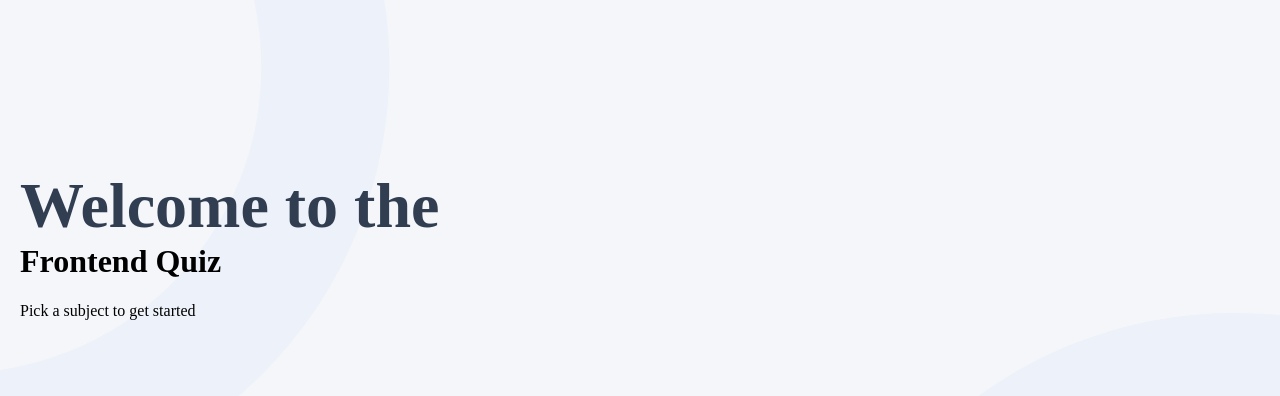
Repository: Daniel054311/Quiz-app-V1
Page: index.html
An editor plug-in stored every save of this project. The page is shown before and after a run of saves, followed by the edit.
The browser window is 1280 px wide. The pictures show the whole page.

Above is the page before, as saved 2024-01-30 23:49:09.

### index.html
<!DOCTYPE html>
<html lang="en">

<head>
    <meta charset="UTF-8">
    <meta name="viewport" content="width=device-width, initial-scale=1.0">
    <title>Quiz-App</title>
    <link rel="stylesheet" type="text/css" href="/asset/style/index.css">
</head>

<body>
    <div class="parent-container">
        <div class="left-container">
            <h1><span class="Welcome">Welcome to the </span><br><span class="Quiz">Frontend Quiz</h1></span>

            </h1>

            <p>Pick a subject to get started</p>

        </div>
        <div class="right-container">


            <div class="navigation" id="navigation"></div>
        </div>
    </div>
    <script type="module" src="./asset/script/index.js"></script>

</body>

</html>

### asset/style/index.css
body {
    margin: 0;
    display: flex;
    align-items: center;
    justify-content: center;
    height: 100vh;
  }

  .parent-container {
    display: flex;
    flex-direction:row;
    width: 100%;
    height:100%;
    background-image:url("../images/pattern-background-desktop-light.svg");
    background-size: cover;
    background-color:#f4f6fA;

  }

  .left-container {
    flex: 1;
    padding: 20px;
    text-align:left;
    margin-top: 10%;/* Add a border between left and right containers */
  }

  .right-container {
    flex: 1;
    padding: 20px;
    text-align:right;
    display:flex;
    flex-direction:column;
    margin-top: 10%;
  }

  .navigation ul {
    list-style: none;
    padding: 0;
    display: flex;
    flex-direction: column;
  }

  .navigation li {
    margin-right: 20px;
    margin-bottom: 10px;
    text-align: center;


     /* Add space between buttons */
  }

  .navigation a {
    display: block;
    padding: 10px;
    text-decoration: none;
    color: #000000;
    background-color: #ffffff;
    border: 1px solid #ffffff;
    border-radius: 5px;
    margin-right: 10px;

  }

.image-item {
    display: flex;
    align-items: center;
    margin-bottom: 10px; /* Add spacing between items */
    padding: 10px;
    background-color:#ffffff;
    border-radius: 25px;
    list-style: none;
  }

  .image {
    width: 50px;
    height: 50px;
    border-radius:15px;
    margin-right: 10px;

  }

  .content {
    flex: 1;
  }
  .left-container .Welcome{
    font-size: 64px;
    color:#313E51;
  }
  .left-container .Quiz{
    font-size:
  }



  /* .header.h1 {
    text-align: center;
    font-weight: 500;
    font-size:25px;

  }
   */
  /* .user-controls {
    /* Add styles for user controls if needed */
  /* }

  .navigation {
    text-align: center;
  }

  .navigation ul {
    list-style: none;
    padding: 0;
    flex-direction: column;
    align-items:center
  }

  .navigation li {
    margin-bottom: 10px;
  }
   */



  /* .navigation a:hover {
    background-color: #ddd;
  } */

### asset/script/index.js
var __awaiter = (this && this.__awaiter) || function (thisArg, _arguments, P, generator) {
    function adopt(value) { return value instanceof P ? value : new P(function (resolve) { resolve(value); }); }
    return new (P || (P = Promise))(function (resolve, reject) {
        function fulfilled(value) { try { step(generator.next(value)); } catch (e) { reject(e); } }
        function rejected(value) { try { step(generator["throw"](value)); } catch (e) { reject(e); } }
        function step(result) { result.done ? resolve(result.value) : adopt(result.value).then(fulfilled, rejected); }
        step((generator = generator.apply(thisArg, _arguments || [])).next());
    });
};
var __generator = (this && this.__generator) || function (thisArg, body) {
    var _ = { label: 0, sent: function() { if (t[0] & 1) throw t[1]; return t[1]; }, trys: [], ops: [] }, f, y, t, g;
    return g = { next: verb(0), "throw": verb(1), "return": verb(2) }, typeof Symbol === "function" && (g[Symbol.iterator] = function() { return this; }), g;
    function verb(n) { return function (v) { return step([n, v]); }; }
    function step(op) {
        if (f) throw new TypeError("Generator is already executing.");
        while (g && (g = 0, op[0] && (_ = 0)), _) try {
            if (f = 1, y && (t = op[0] & 2 ? y["return"] : op[0] ? y["throw"] || ((t = y["return"]) && t.call(y), 0) : y.next) && !(t = t.call(y, op[1])).done) return t;
            if (y = 0, t) op = [op[0] & 2, t.value];
            switch (op[0]) {
                case 0: case 1: t = op; break;
                case 4: _.label++; return { value: op[1], done: false };
                case 5: _.label++; y = op[1]; op = [0]; continue;
                case 7: op = _.ops.pop(); _.trys.pop(); continue;
                default:
                    if (!(t = _.trys, t = t.length > 0 && t[t.length - 1]) && (op[0] === 6 || op[0] === 2)) { _ = 0; continue; }
                    if (op[0] === 3 && (!t || (op[1] > t[0] && op[1] < t[3]))) { _.label = op[1]; break; }
                    if (op[0] === 6 && _.label < t[1]) { _.label = t[1]; t = op; break; }
                    if (t && _.label < t[2]) { _.label = t[2]; _.ops.push(op); break; }
                    if (t[2]) _.ops.pop();
                    _.trys.pop(); continue;
            }
            op = body.call(thisArg, _);
        } catch (e) { op = [6, e]; y = 0; } finally { f = t = 0; }
        if (op[0] & 5) throw op[1]; return { value: op[0] ? op[1] : void 0, done: true };
    }
};
// Function to make a Fetch API call for Interface 1
function fetchData() {
    return __awaiter(this, void 0, void 0, function () {
        var response, data, error_1;
        return __generator(this, function (_a) {
            switch (_a.label) {
                case 0:
                    _a.trys.push([0, 3, , 4]);
                    return [4 /*yield*/, fetch('./data.json')];
                case 1:
                    response = _a.sent();
                    if (!response.ok) {
                        throw new Error("HTTP error! Status: ".concat(response.status));
                    }
                    return [4 /*yield*/, response.json()];
                case 2:
                    data = _a.sent();
                    return [2 /*return*/, data];
                case 3:
                    error_1 = _a.sent();
                    console.error('Error fetching data1:', error_1.message);
                    throw error_1;
                case 4: return [2 /*return*/];
            }
        });
    });
}

After the next 4 saves:
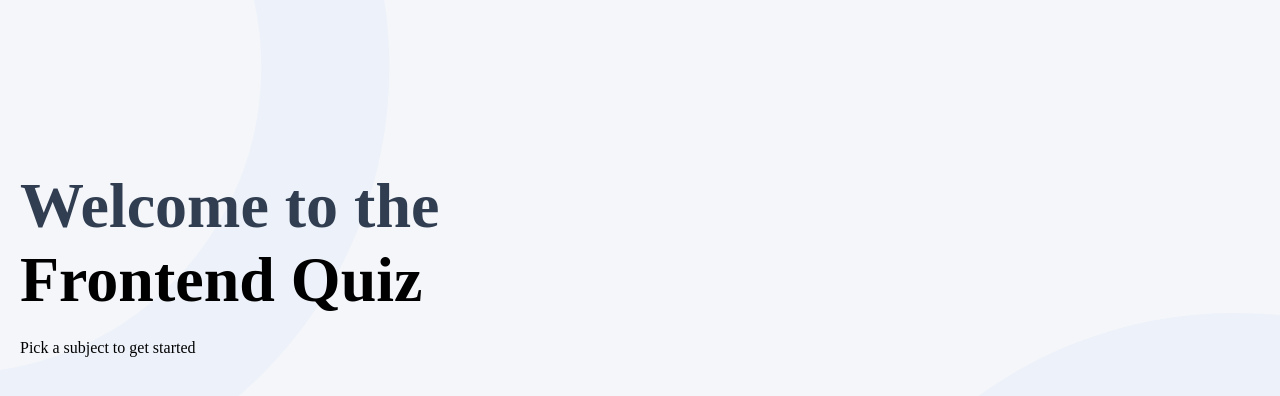
The 4 saves are shown as one change because they came seconds apart.
The last was saved 12 s later.
--- a/asset/style/index.css
+++ b/asset/style/index.css
@@ -87,7 +87,8 @@ body {
     color:#313E51;
   }
   .left-container .Quiz{
-    font-size:
+    font-size: 64px;
+    font-style: ;
   }
 
 
